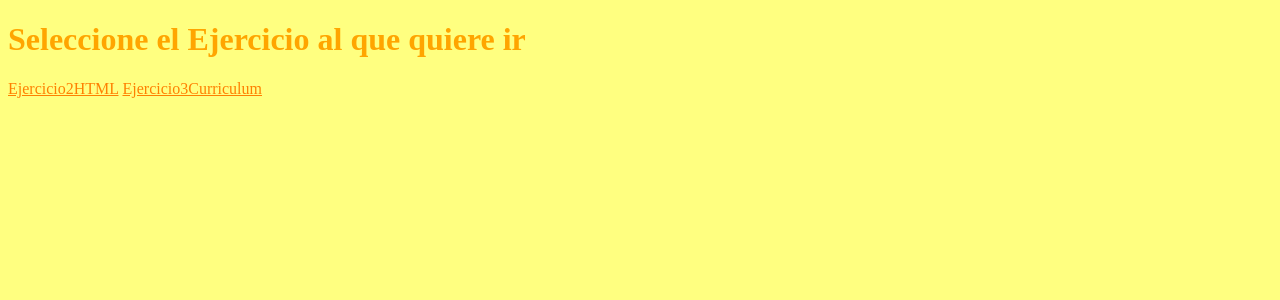
Repository: salvadorsobrino/Ejercicio4JavaTomCat
Page: http://localhost/Ejercicio4/
These files come from the project's save history. The page is drawn as it stood at one moment and after the next save; the edit follows.
The browser window is 1280 px wide. The pictures show the whole page.
The page is served by Tomcat 9.

Above is the page before, as saved 2022-03-10 17:47:30.

After the next save:
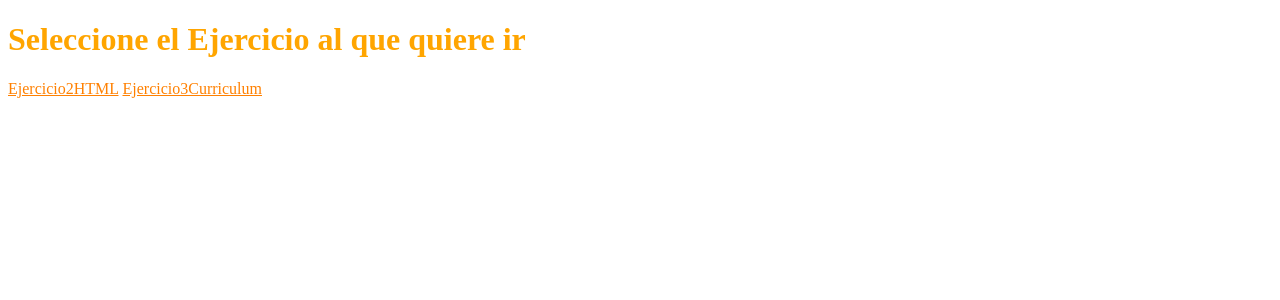
Saved 19 s later.
--- a/Ejercicio4/src/main/webapp/index.css
+++ b/Ejercicio4/src/main/webapp/index.css
@@ -3,7 +3,7 @@
 	 color: orange;
 }
 body{
-	background-color: rgb(255, 255, 128);
+	background-color: rgb(255, 255, 128)5, 255, 128);
     background-size: cover;
 }
 a:link {

After the save that followed:
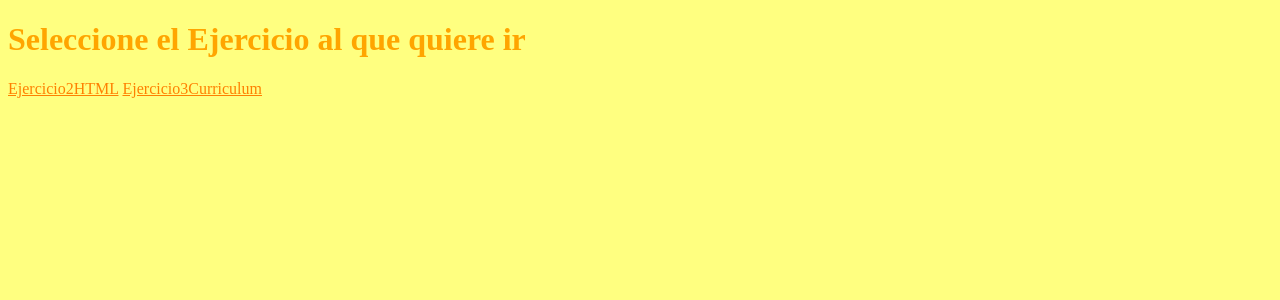
Saved 5 s later.
--- a/Ejercicio4/src/main/webapp/index.css
+++ b/Ejercicio4/src/main/webapp/index.css
@@ -3,7 +3,7 @@
 	 color: orange;
 }
 body{
-	background-color: rgb(255, 255, 128)5, 255, 128);
+	background-color: rgb(255, 255, 128);
     background-size: cover;
 }
 a:link {
